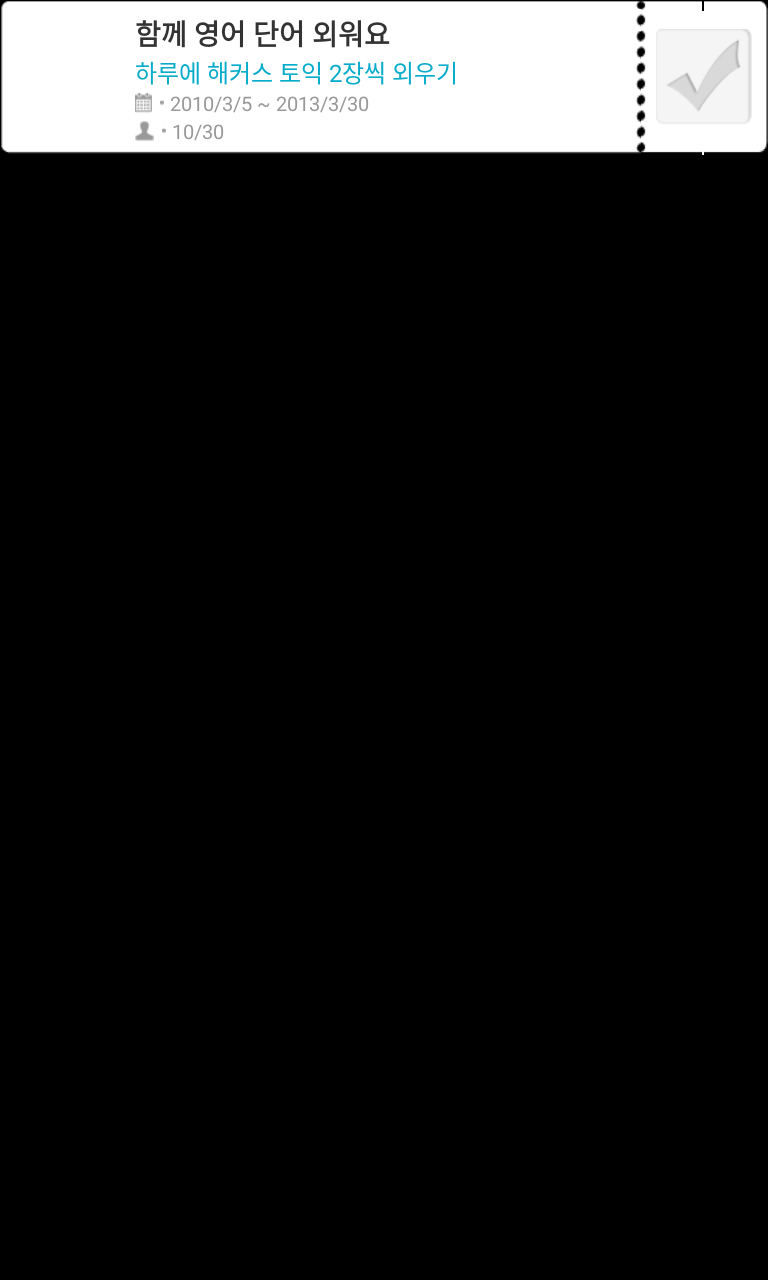
Repository: belhyun/witherest-android
Layout: Witherest/res/layout/mycheck_list_item_row.xml
These files come from the project's save history. The layout is drawn as it stood at one moment and after the next save; the edit follows.
It is drawn on a 768 x 1280 px phone screen (xhdpi) without system bars, with theme android:Theme.Holo; the app's code is not run.

Above is the layout before, as saved 2013-07-06 09:41:36.

### Witherest/res/layout/mycheck_list_item_row.xml
<?xml version="1.0" encoding="utf-8"?>
<LinearLayout xmlns:android="http://schemas.android.com/apk/res/android"
    android:layout_width="fill_parent"
    android:layout_height="fill_parent"
    android:paddingTop="0dip"
    android:paddingBottom="0dp" >

    <RelativeLayout
        android:id="@+id/main_contaniner"
        android:layout_width="fill_parent"
        android:layout_height="wrap_content"
        android:clickable="true"
        android:padding="0dp" >

        <RelativeLayout
            android:id="@+id/mycheck_row_left_contaniner"
            android:layout_width="fill_parent"
            android:layout_height="wrap_content"
            android:layout_toLeftOf="@+id/mycheck_row_right_contaniner"
            android:background="@drawable/mycheck_list_row_on_off"
            android:clickable="true"
            android:paddingBottom="5dp"
            android:paddingTop="6dp" >

            <LinearLayout
                android:id="@+id/mycheck_row_thumbnail"
                android:layout_width="wrap_content"
                android:layout_height="wrap_content"
                android:layout_alignParentLeft="true"
                android:layout_centerVertical="true"
                android:layout_marginRight="5dip"
                android:gravity="center" >

                <ImageView
                    android:id="@+id/list_image"
                    android:layout_width="50dip"
                    android:layout_height="50dip"
                    android:layout_marginLeft="3dp"
                    android:layout_marginRight="5dp"
                     />
            </LinearLayout>

            <TextView
                android:id="@+id/mycheck_room_title_textview"
                android:layout_width="fill_parent"
                android:layout_height="wrap_content"
                android:layout_alignTop="@id/mycheck_row_thumbnail"
                android:layout_toRightOf="@id/mycheck_row_thumbnail"
                android:text="함께 영어 단어 외워요"
                android:textColor="#333333"
                android:textSize="14sp"
                android:textStyle="bold"
                />

            <TextView
                android:id="@+id/mycheck_room_purpose_textview"
                android:layout_width="fill_parent"
                android:layout_height="wrap_content"
                android:layout_below="@id/mycheck_room_title_textview"
                android:layout_toRightOf="@id/mycheck_row_thumbnail"
                android:ellipsize="end"
                android:maxLines="1"
                android:text="하루에 해커스 토익 2장씩 외우기"
                android:textColor="#07ACCA"
                android:textSize="12sp" />

            <LinearLayout
                android:id="@+id/mycheck_term_container"
                android:layout_width="fill_parent"
                android:layout_height="wrap_content"
                android:layout_alignParentRight="false"
                android:layout_below="@id/mycheck_room_purpose_textview"
                android:layout_toRightOf="@id/mycheck_row_thumbnail"
                android:gravity="center_vertical"
                android:orientation="horizontal" >

                <ImageView
                    android:layout_width="wrap_content"
                    android:layout_height="wrap_content"
                    android:src="@drawable/main_date_icon_bg" />

                <ImageView
                    android:layout_width="wrap_content"
                    android:layout_height="wrap_content"
                    android:layout_marginLeft="4dp"
                    android:layout_marginRight="3dp"
                    android:src="@drawable/main_dot_bg" />

                <TextView
                    android:id="@+id/mycheck_room_team_textview"
                    android:layout_width="fill_parent"
                    android:layout_height="wrap_content"
                    android:ellipsize="end"
                    android:maxLines="1"
                    android:text="2010/3/5 ~ 2013/3/30"
                    android:textColor="#999999"
                    android:textSize="10sp" />
            </LinearLayout>

            <LinearLayout
                android:layout_width="fill_parent"
                android:layout_height="wrap_content"
                android:layout_alignParentRight="false"
                android:layout_below="@id/mycheck_term_container"
                android:layout_toRightOf="@id/mycheck_row_thumbnail"
                android:gravity="center_vertical"
                android:orientation="horizontal" >

                <ImageView
                    android:layout_width="wrap_content"
                    android:layout_height="wrap_content"
                    android:src="@drawable/main_people_icon_bg" />

                <ImageView
                    android:layout_width="wrap_content"
                    android:layout_height="wrap_content"
                    android:layout_marginLeft="4dp"
                    android:layout_marginRight="3dp"
                    android:src="@drawable/main_dot_bg" />

                <TextView
                    android:id="@+id/mycheck_room_joincount_textview"
                    android:layout_width="fill_parent"
                    android:layout_height="wrap_content"
                    android:ellipsize="end"
                    android:maxLines="1"
                    android:text="10/30"
                    android:textColor="#999999"
                    android:textSize="10sp" />
            </LinearLayout>
        </RelativeLayout>

        <RelativeLayout
            android:id="@id/mycheck_row_right_contaniner"
            android:layout_width="wrap_content"
            android:layout_height="wrap_content"
            android:layout_alignParentRight="true"
            android:layout_alignTop="@id/mycheck_row_left_contaniner"
            android:layout_alignBottom="@id/mycheck_row_left_contaniner"
            android:background="@drawable/main_checkbutton_bg2"
            android:gravity="center"
            android:padding="3dp" >

            <CheckBox
                android:id="@+id/mycheck_check_btn"
                android:layout_width="wrap_content"
                android:layout_height="wrap_content"
                android:background="@drawable/mycheck_check_button_of_off"
                android:button="@drawable/checkbox_bg" />
        </RelativeLayout>


    </RelativeLayout>

     <TextView
            android:id="@+id/alramtime_badge"
            android:layout_width="wrap_content"
            android:layout_height="wrap_content"
            android:layout_alignLeft="@id/main_contaniner"
            android:layout_alignTop="@id/main_contaniner"
            android:background="@drawable/alarm_notice_bg"
            android:gravity="center_horizontal|center_vertical"
            android:textColor="#000000"
            android:textSize = "10sp"
     		android:paddingBottom="4dp"
     		android:paddingLeft = "8dp"
            android:minWidth="25dp"
            android:text="12:39"
             />

    <TextView
            android:id="@+id/mycheck_badge"
            android:layout_width="wrap_content"
            android:layout_height="17dp"
            android:layout_alignRight="@id/main_contaniner"
            android:layout_alignTop="@id/main_contaniner"
            android:background="@drawable/main_checknumber_bg"
            android:padding="0dp"
            android:gravity="center_vertical|center_horizontal"
            android:textColor="#ffffff"
            android:textSize = "12sp"
            android:textStyle="bold"
            android:paddingBottom="20dp"
            android:minWidth="25dp"
            android:text="12"
             />

</LinearLayout>

### Witherest/res/drawable/mycheck_list_row_on_off.xml
<?xml version="1.0" encoding="utf-8"?>
<selector xmlns:android="http://schemas.android.com/apk/res/android">

    <item android:drawable="@drawable/main_checkinformation_btn_off2" android:state_pressed="false" android:state_selected="false"/>
    <item android:drawable="@drawable/main_checkinformation_btn_on2" android:state_pressed="true"/>
    <item android:drawable="@drawable/main_checkinformation_btn_on2" android:state_pressed="false" android:state_selected="true"/>

</selector>

### Witherest/res/drawable/mycheck_check_button_of_off.xml
<?xml version="1.0" encoding="utf-8"?>
<selector
	xmlns:android="http://schemas.android.com/apk/res/android">
    <item
    	android:state_checked="true"
    	android:drawable="@drawable/main_checkbu_btn_on"/>
    <item
    	android:drawable="@drawable/main_checkbu_btn_off"/>
</selector>

### Witherest/res/drawable/checkbox_bg.xml
<?xml version="1.0" encoding="utf-8"?>
<shape xmlns:android="http://schemas.android.com/apk/res/android" >
    <solid android:color="#00ffffff"/>
</shape>

After the next save:
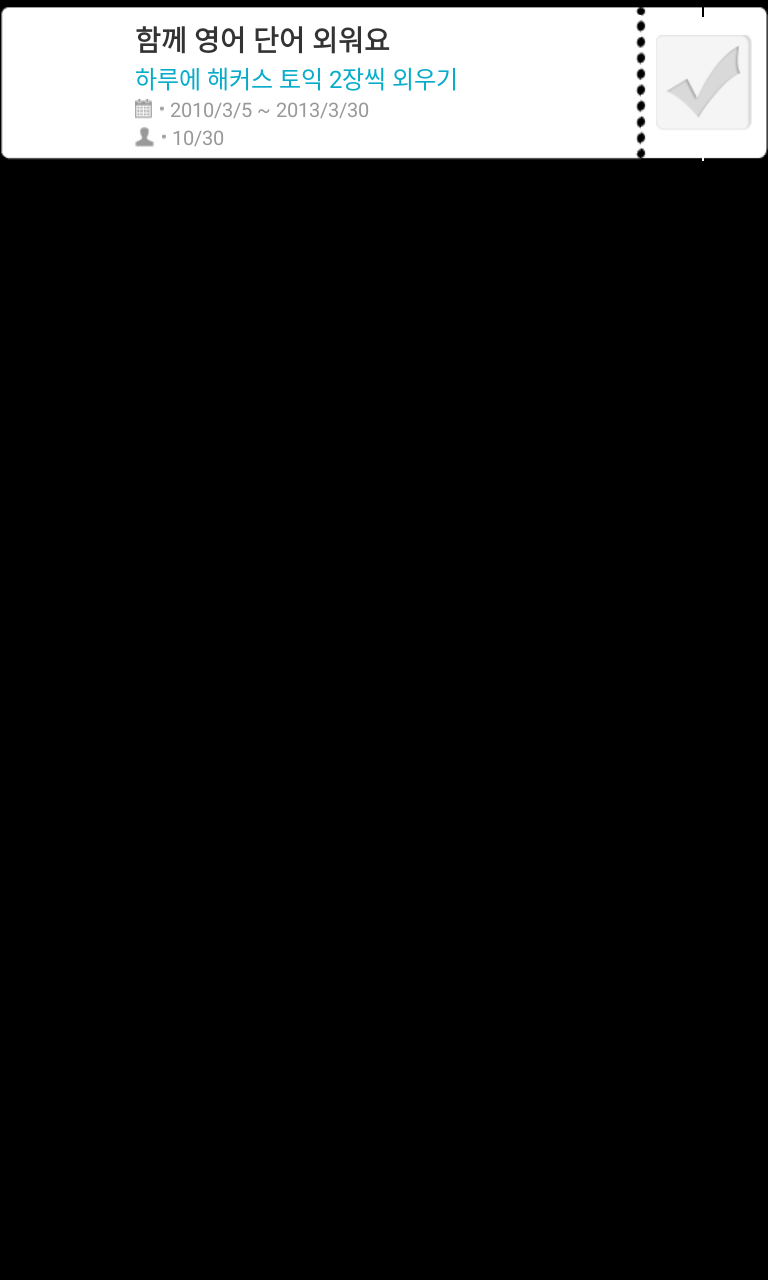
Saved 104 s later.
--- a/Witherest/res/layout/mycheck_list_item_row.xml
+++ b/Witherest/res/layout/mycheck_list_item_row.xml
@@ -10,7 +10,8 @@
         android:layout_width="fill_parent"
         android:layout_height="wrap_content"
         android:clickable="true"
-        android:padding="0dp" >
+        android:paddingTop="3dp"
+        android:paddingBottom ="3dp">
 
         <RelativeLayout
             android:id="@+id/mycheck_row_left_contaniner"
